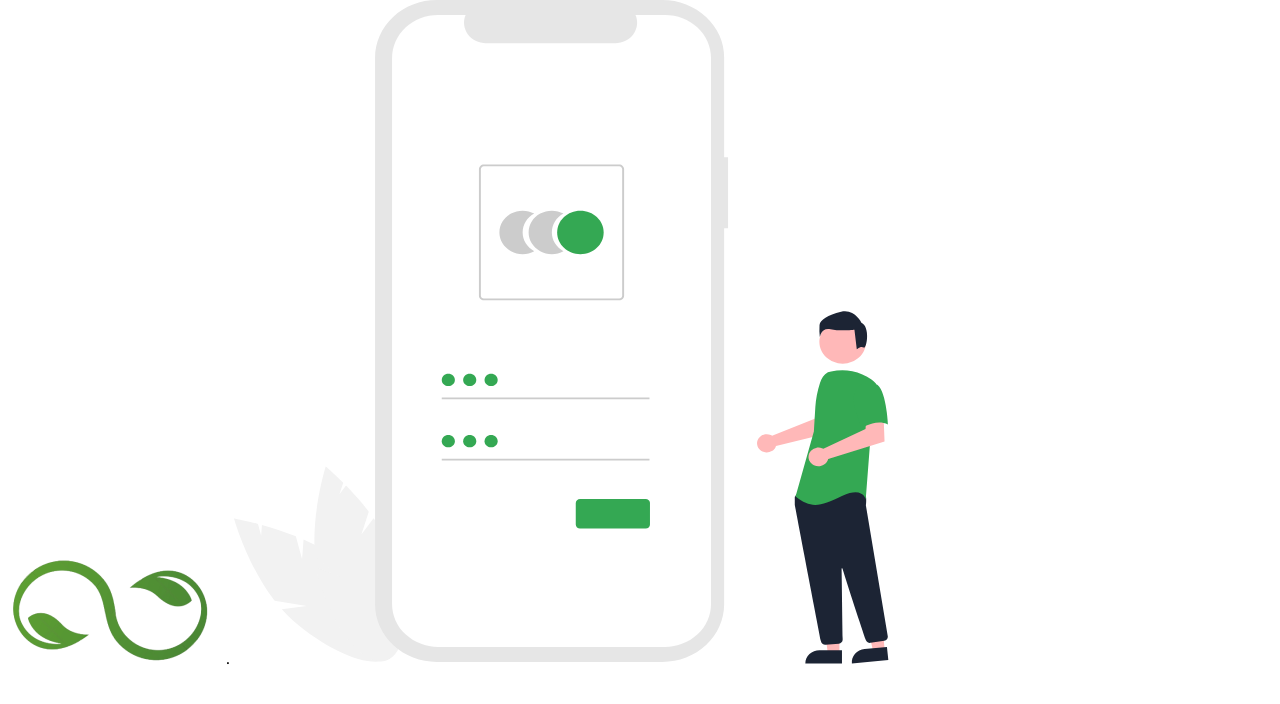
Repository: lehuyen307/System-monitor-plant-healthy-final
Page: ui/login.html
These files come from the project's save history. The page is drawn as it stood at one moment and after the next save; the edit follows.
The browser window is 1280 px wide. The pictures show the whole page.
Some web libraries are served in a nearby version.

Above is the page before, as saved 2023-11-09 16:55:21.
Console error: TypeError: Cannot read properties of null (reading 'addEventListener')

After the next save:
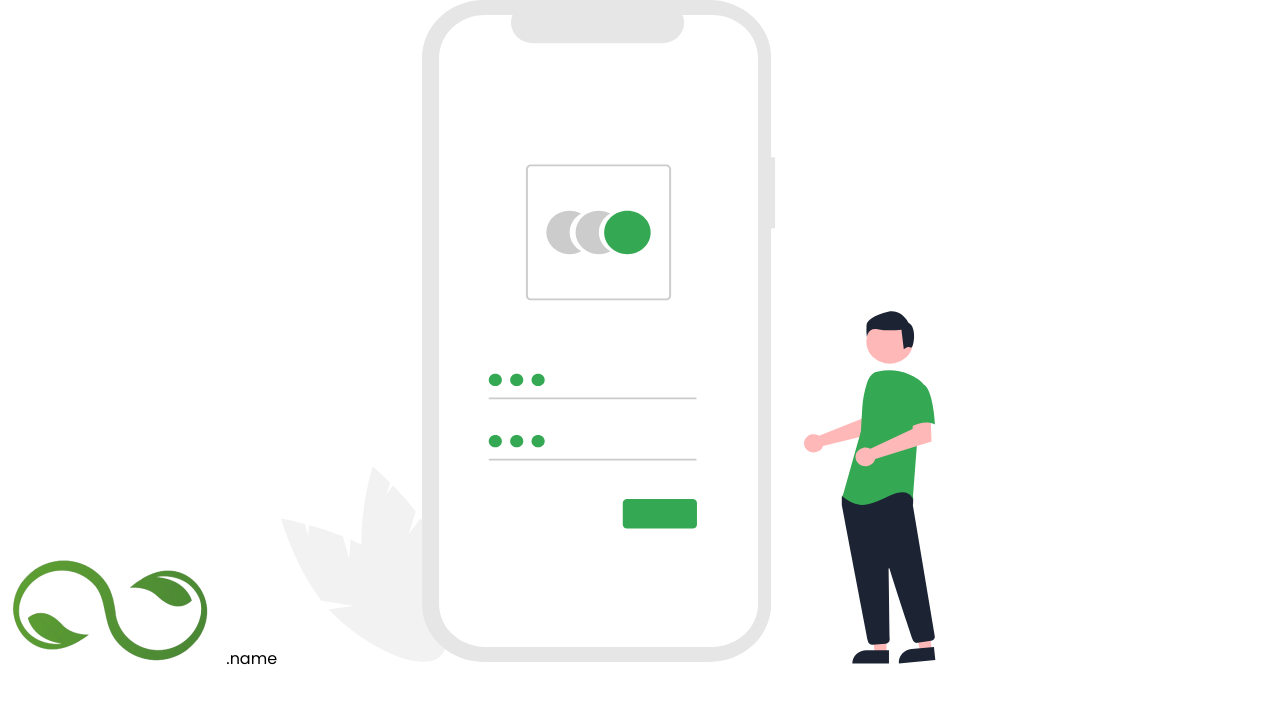
Saved 4 s later.
--- a/ui/login.html
+++ b/ui/login.html
@@ -108,7 +108,7 @@
             <div class="login">
                 <div class="login__left">
                     <img src="./assets/img/login/logo.png" alt="" class="login__pic">
-                    .
+                    .name
                     <img src="/assets/img/login/undraw_access_account_re_8spm 1.svg" alt="">
                 </div>
             </div>
